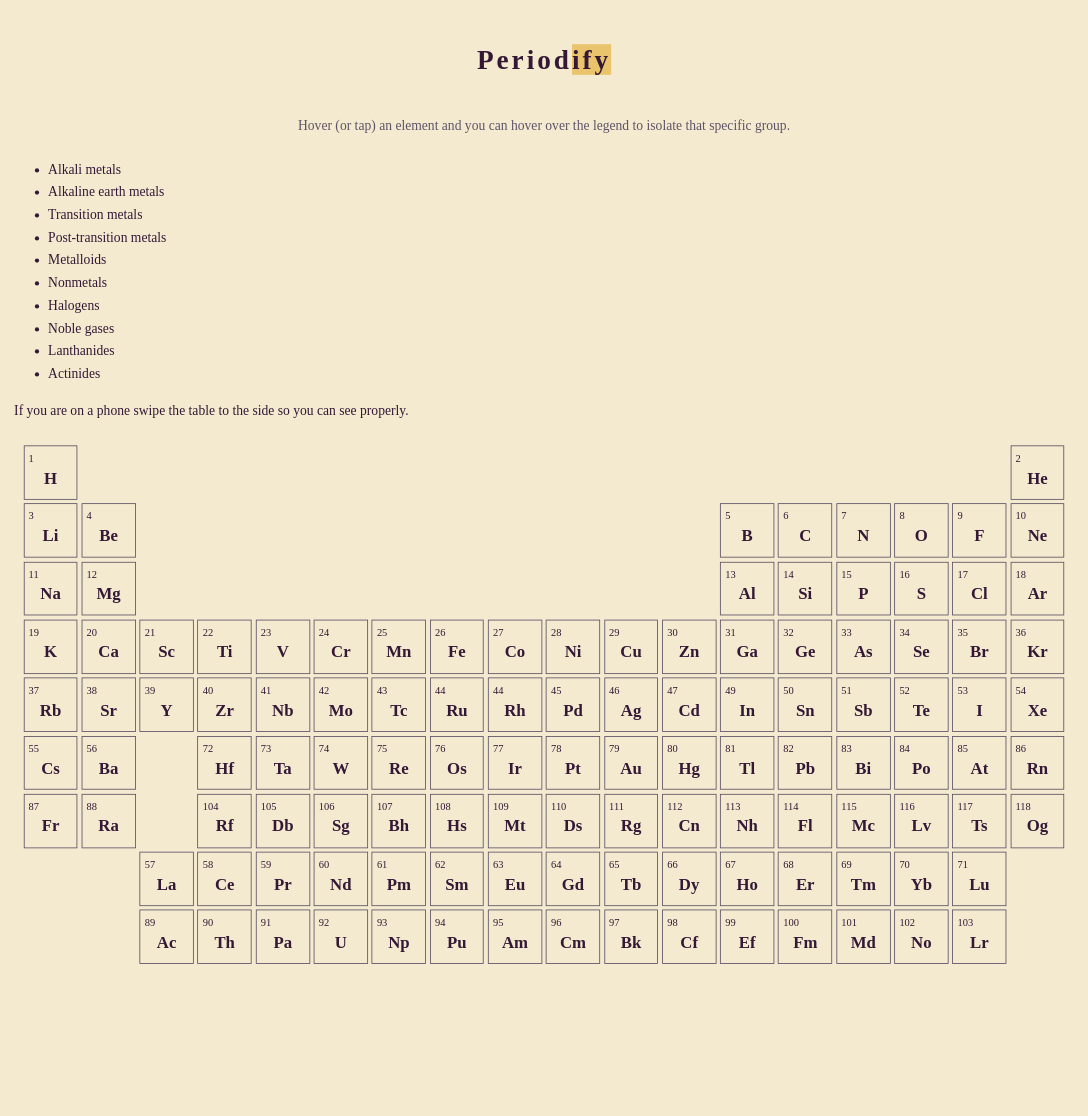
Repository: manayparikh1/Periodify
Page: index.html
These files come from the project's save history. The page is drawn as it stood at one moment and after the next save; the edit follows.
The browser window is 1280 px wide. The pictures show the whole page, at 85% of full size.

Above is the page before, as saved 2026-10-19 15:38:45.

After the next save:
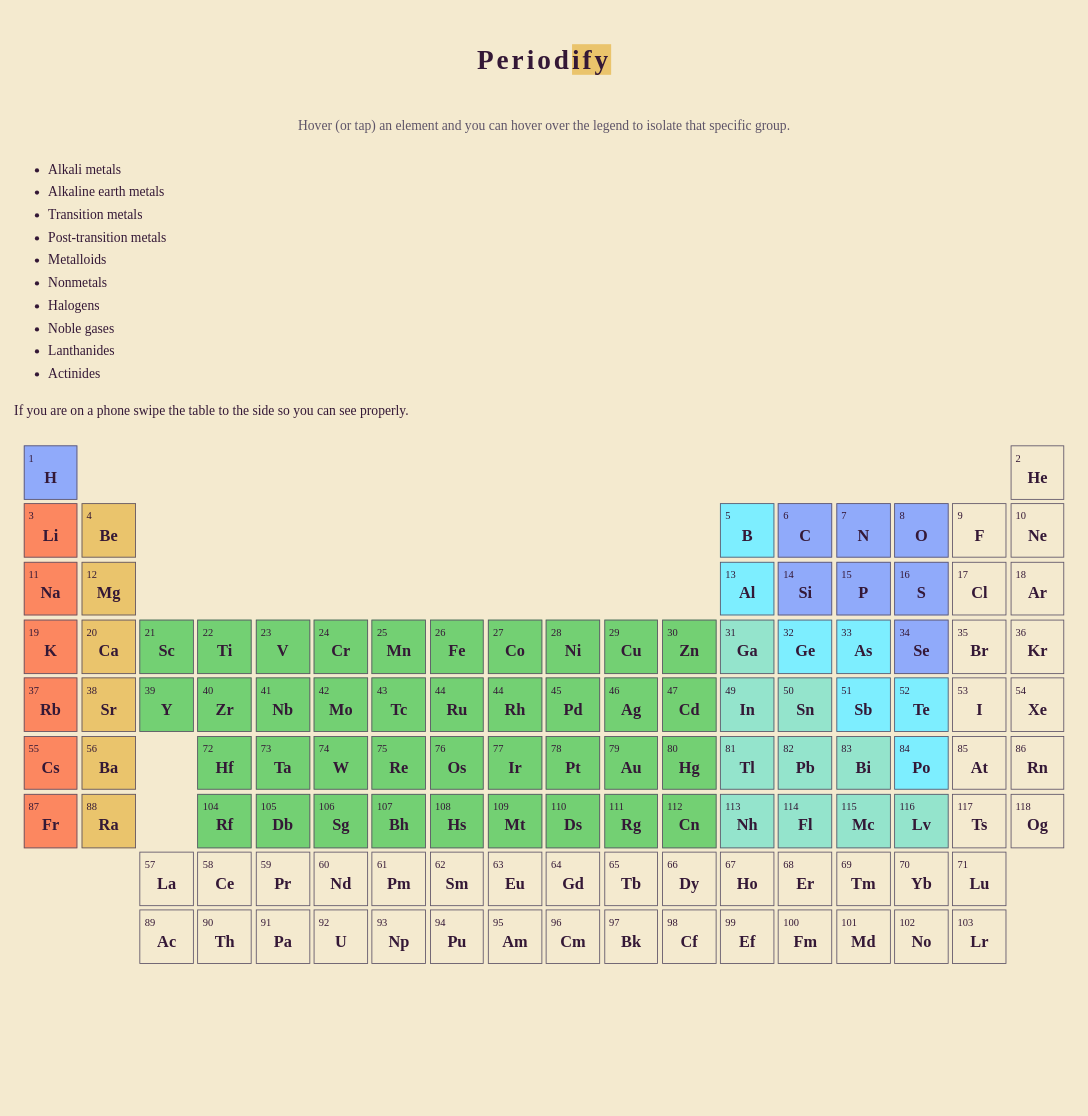
Saved 3 h 48 min later.
--- a/index.html
+++ b/index.html
@@ -267,9 +267,9 @@
 
         .el b {
             display: block;
-            font-size: 1.234rem;
+            font-size: 1.2rem;
             text-align: center;
-            line-height: 1.23;
+            line-height: 1.2;
         }
 
 
@@ -288,7 +288,7 @@
             border: 1.65px solid var(--main);
             font-size: 0.74rem;
             text-align: center;
-            z-index: 9.5;
+            z-index: 9;
         }
 
         .el:hover span,
@@ -298,4 +298,28 @@
 
         /*hovering colours*/
 
-        .ak {}
+        .ak {
+            background: var(--ak);
+        }
+
+        .ae {
+            background: var(--ae);
+        }
+
+        .tm {
+            background: var(--tm);
+        }
+
+        .pt {
+            background: var(--pt);
+        }
+
+        .md {
+            background: var(--md);
+        }
+
+        .nm {
+            background: var(--nm);
+        }
+
+        .hh
